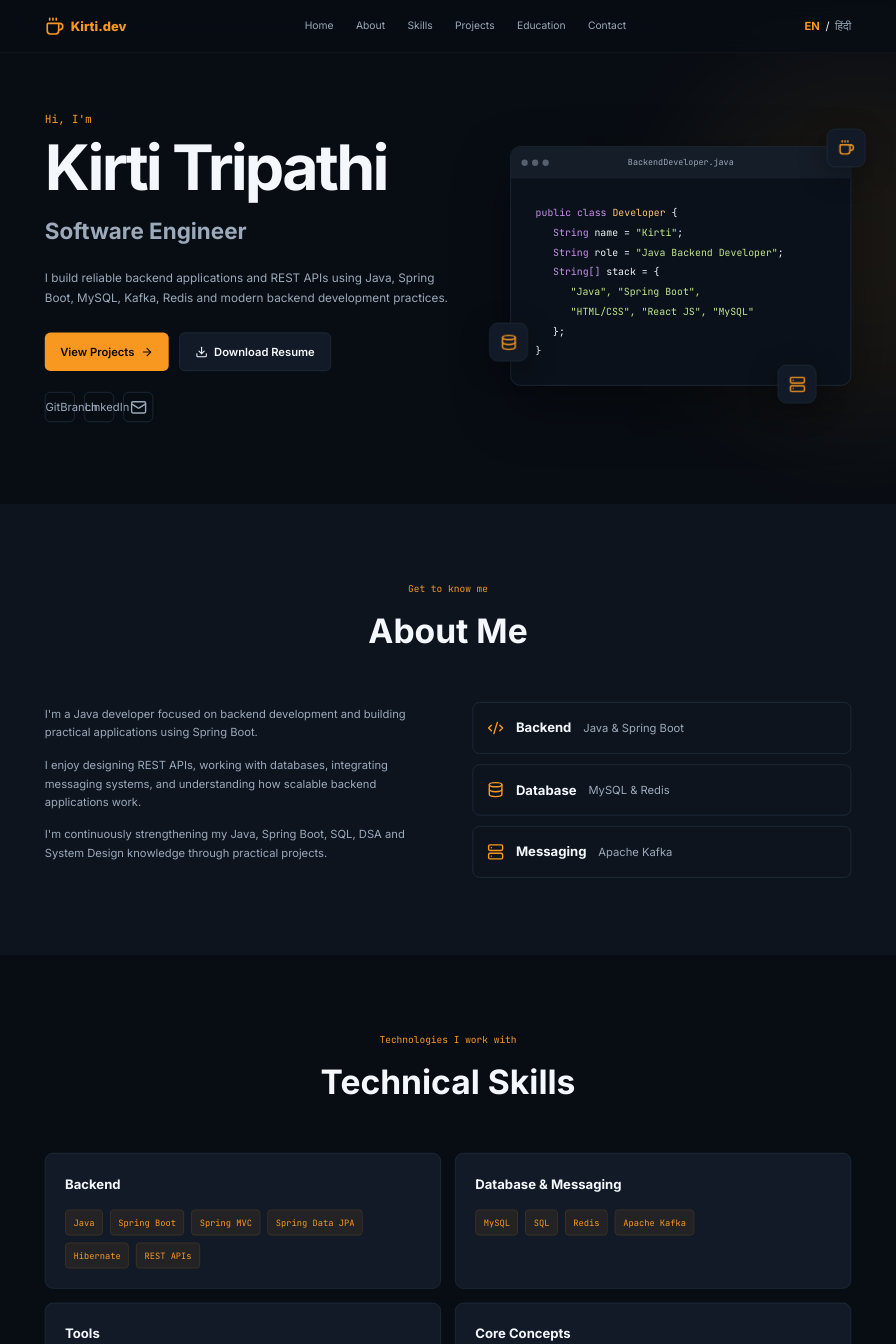
Repository: Rashi-Kirti06/En-Hi-Portfolio
Page: /
An editor plug-in stored every save of this project. The page is shown before and after the next save, followed by the edit.
The browser window is 1280 px wide. The pictures show the part of the page from y = 0 to 1920 px (the page is 4837 px tall), at 70% of full size.
The project was rebuilt for these pictures with package versions that can differ from the ones it lists, and the page was loaded fresh each time. Also part of the build but not shown: vite.config.js.

Above is the page before, as saved 2026-09-06 16:03:21.

After the next save:
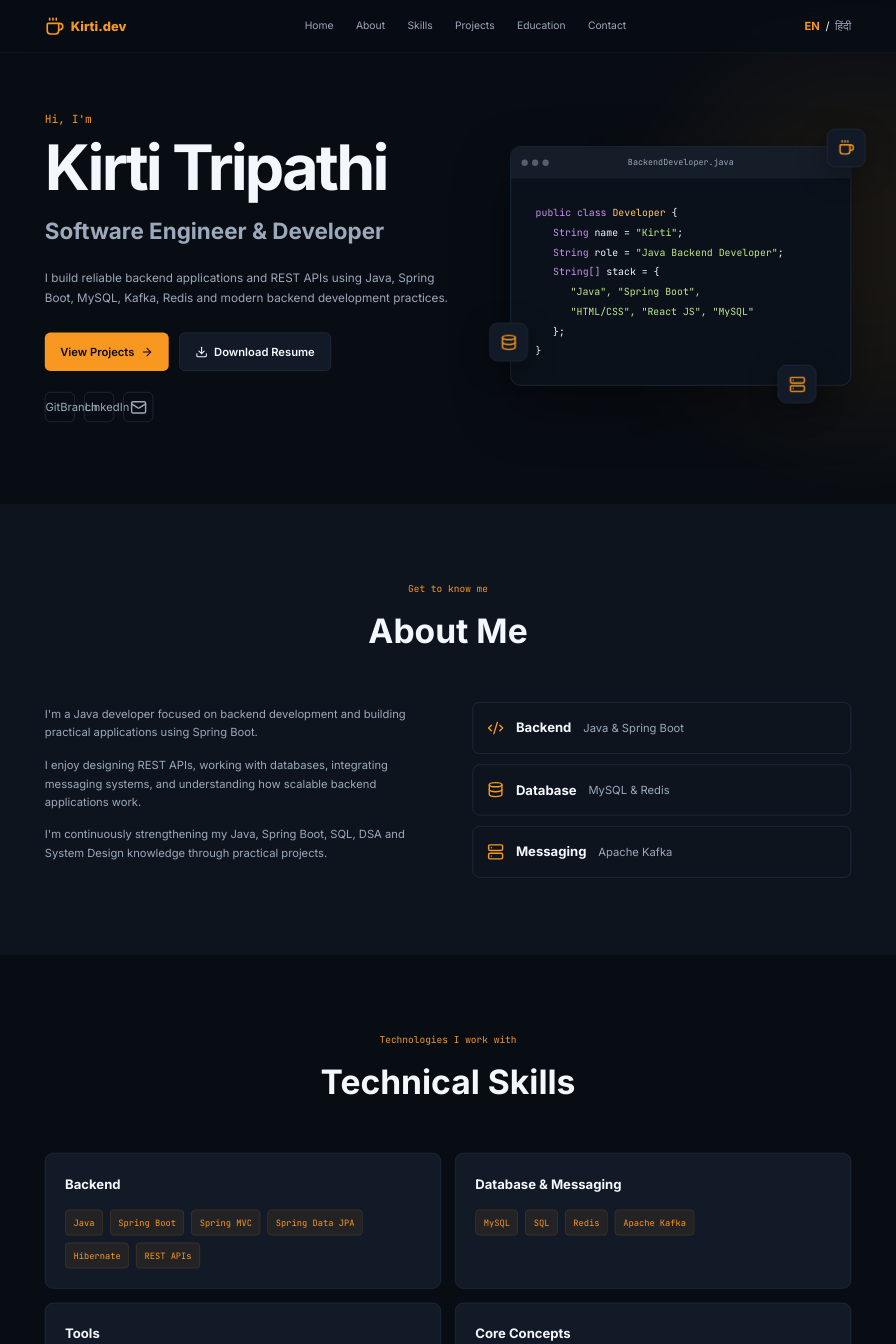
Saved 9 s later.
--- a/src/data/translations.jsx
+++ b/src/data/translations.jsx
@@ -12,7 +12,7 @@ export const translations = {
     hero: {
       greeting: "Hi, I'm",
       name: "Kirti Tripathi",
-      role: "Software Engineer ",
+      role: "Software Engineer & Developer",
       description:
         "I build reliable backend applications and REST APIs using Java, Spring Boot, MySQL, Kafka, Redis and modern backend development practices.",
       projectsButton: "View Projects",
